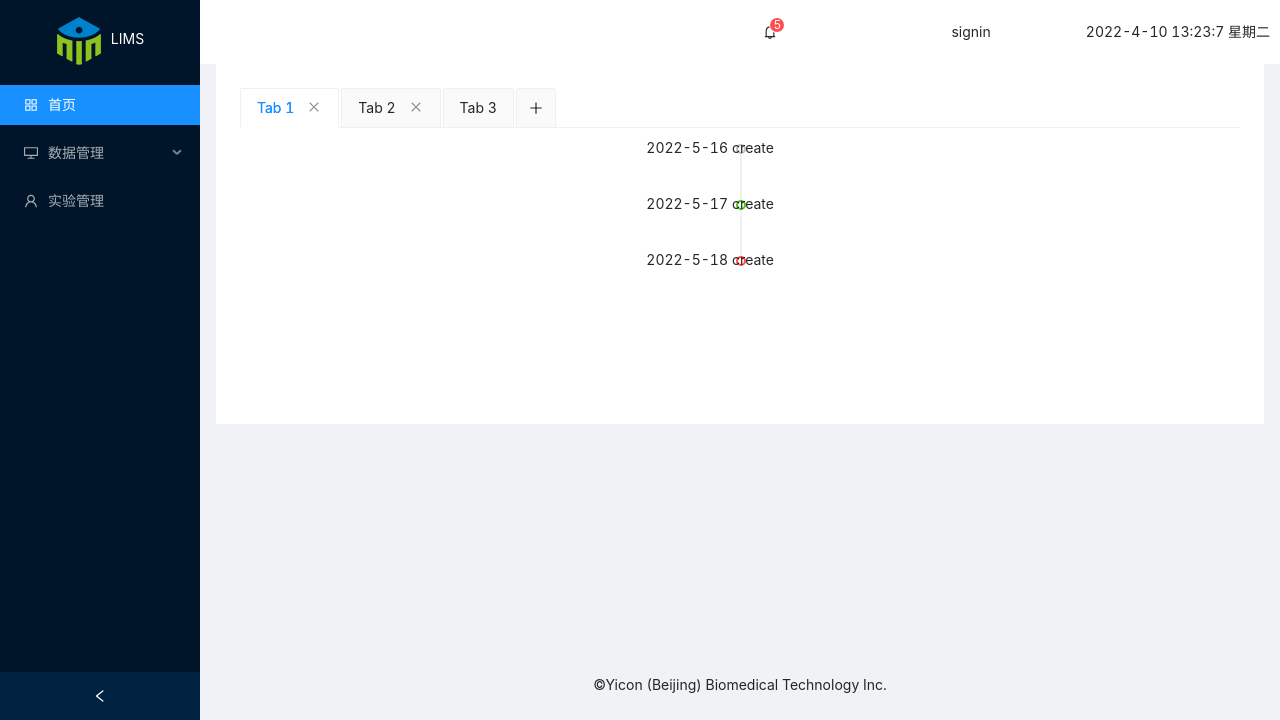
Repository: cornerdream/lims
Page: /experiment
The author's editor kept a copy of each file at every save. The page is drawn from the files as they stood at one save, then again after the next save.
The browser window is 1280 px wide. The pictures show the whole page.
The project was rebuilt for these pictures with package versions that can differ from the ones it lists, and the page was loaded fresh each time. Also part of the build but not shown: src/components/core/home.js, src/components/core/signin.js, src/components/core/moreOrder.js, src/components/core/moreSample.js, src/components/core/moreReport.js, src/components/core/moreProject.js, src/components/core/moreResources.js, src/components/views/data.js and 2 more.

Above is the page before, as saved 2022-05-18 14:27:46.

### public/index.html
<!DOCTYPE html>
<html lang="en">
  <head>
    <meta charset="utf-8" />
    <link rel="icon" href="%PUBLIC_URL%/favicon.ico" />
    <meta name="viewport" content="width=device-width, initial-scale=1" />
    <meta name="theme-color" content="#000000" />
    <meta
      name="description"
      content="Web site created using create-react-app"
    />
    <link rel="apple-touch-icon" href="%PUBLIC_URL%/logo192.png" />
    <!--
      manifest.json provides metadata used when your web app is installed on a
      user's mobile device or desktop. See https://developers.google.com/web/fundamentals/web-app-manifest/
    -->
    <link rel="manifest" href="%PUBLIC_URL%/manifest.json" />
    <!--
      Notice the use of %PUBLIC_URL% in the tags above.
      It will be replaced with the URL of the `public` folder during the build.
      Only files inside the `public` folder can be referenced from the HTML.

      Unlike "/favicon.ico" or "favicon.ico", "%PUBLIC_URL%/favicon.ico" will
      work correctly both with client-side routing and a non-root public URL.
      Learn how to configure a non-root public URL by running `npm run build`.
    -->
    <!-- <link rel="stylesheet" href="https://cdnjs.cloudflare.com/ajax/libs/antd/4.20.2/antd.min.css" /> -->
    <title>React App</title>
  </head>
  <body>
    <noscript>You need to enable JavaScript to run this app.</noscript>
    <div id="root"></div>
    <!--
      This HTML file is a template.
      If you open it directly in the browser, you will see an empty page.

      You can add webfonts, meta tags, or analytics to this file.
      The build step will place the bundled scripts into the <body> tag.

      To begin the development, run `npm start` or `yarn start`.
      To create a production bundle, use `npm run build` or `yarn build`.
    -->
  </body>
</html>

### src/index.js
import React from 'react';
import ReactDOM from 'react-dom/client';


import App from './App';
import reportWebVitals from './reportWebVitals';

import 'antd/dist/antd.css';
import './index.css';

// import ReactDOM from "react-dom"
import {BrowserRouter} from 'react-router-dom'
import MyLayout from './components/core/layout';
import PathRoute from './router';
const root = ReactDOM.createRoot(document.getElementById('root'));
root.render(
  <React.StrictMode>
    <App />

    {/* <PathRoute /> */}
    {/* <Layout>
        <PathRoute />
      </Layout> */}
  </React.StrictMode>
);
// ReactDOM.render(
//   <MyLayout>
//     <PathRoute />
//   </MyLayout>,
//   document.getElementById('root')
// )
// If you want to start measuring performance in your app, pass a function
// to log results (for example: reportWebVitals(console.log))
// or send to an analytics endpoint. Learn more: https://bit.ly/CRA-vitals
// reportWebVitals();

### src/App.js
// import logo from './logo.svg';
import './App.css';
import MyLayout from './components/core/layout'
import PathRoute from './router';

import { Provider } from "react-redux";
import store from './store';

function App() {
  return (
    <Provider store={store}>
    <div className="App">
      {/* <header className="App-header">
        <img src={logo} className="App-logo" alt="logo" />
        <p>
          Edit <code>src/App.js</code> and save to reload.
        </p>
        <a
          className="App-link"
          href="https://reactjs.org"
          target="_blank"
          rel="noopener noreferrer"
        >
          Learn React
        </a>
      </header> */}
      {/* <MyLayout> */}
        <PathRoute />
      {/* </MyLayout> */}
    </div>
    </Provider>
  );
}

export default App;

### src/index.css
body {
  margin: 0;
  font-family: -apple-system, BlinkMacSystemFont, 'Segoe UI', 'Roboto', 'Oxygen',
    'Ubuntu', 'Cantarell', 'Fira Sans', 'Droid Sans', 'Helvetica Neue',
    sans-serif;
  -webkit-font-smoothing: antialiased;
  -moz-osx-font-smoothing: grayscale;
}

code {
  font-family: source-code-pro, Menlo, Monaco, Consolas, 'Courier New',
    monospace;
}

/*  */
.ant-layout-sider-children .logo {
  /* height: 32px; */
  margin: 16px;
  /* background: rgba(255, 255, 255, 0.3); */
  color: #fff;
  line-height: 32px;
}

.site-layout .site-layout-background {
  background: #fff;
}

### src/router.js
import {HashRouter,BrowserRouter,Routes,Route } from 'react-router-dom'
import Home from './components/core/home'
import Signin from './components/core/signin'
import MoreOrder from './components/core/moreOrder'
import MoreSample from './components/core/moreSample'
import MoreReport from './components/core/moreReport'
import MoreProject from './components/core/moreProject'
import MoreResources from './components/core/moreResources'
import Data from './components/views/data'
import Sample from './components/views/sample'
import Project from './components/views/data'
import Experiment from './components/views/experiment'
import MyLayout from './components/core/layout'
import {WrapComps} from './components/helper/wrap'

const PathRoute=()=>{
    return (
        <BrowserRouter>
            {/* 拥有路由需要包裹在BrowserRouter里 */}
            <MyLayout>
            <Routes>
                {/* 将navigate传递，得到路由跳转 */}
                <Route path="/" element={<WrapComps el={Home} />} exact></Route>
                <Route path="/signin" element={<Signin/>}></Route>
                <Route path="/more/order" element={<WrapComps el={MoreOrder}/>}></Route>
                <Route path="/more/sample" element={<MoreSample/>}></Route>
                <Route path="/more/report" element={<MoreReport/>}></Route>
                <Route path="/more/project" element={<MoreProject/>}></Route>
                <Route path="/more/resources" element={<MoreResources/>}></Route>
                <Route path="/data" element={<Data/>}></Route>
                <Route path="/sample" element={<Sample/>}></Route>
                <Route path="/project" element={<Project/>}></Route>
                <Route path="/experiment" element={<Experiment/>}></Route>
            </Routes>
            </MyLayout>
        </BrowserRouter>
    )

}

export default PathRoute

### src/store/index.js
// import {configureStore} from '@reduxjs/toolkit'
import {legacy_createStore as createStore} from 'redux'

// import { authReducer } from './reducers/auth.reducers'
import createRootReducer from './reducers/index'


const store = createStore(createRootReducer())

export default store

### src/components/helper/wrap.js
import { useNavigate, useParams,useLocation} from "react-router-dom";

const WrapComps = (props)=> {
  let navigate = useNavigate();
  let params = useParams();
  let Element = props.el
  return <Element href={useLocation()} params={params} navigate={navigate} {...props} />
}

const withNavigation = (Component) => {

    return (props) => <Component {...props} navigate={useNavigate()} params={useParams()} href={useLocation()}/>;
};

export {
    WrapComps,
    withNavigation
}

### src/components/core/header.js
import React ,{Component,useState,useEffect}from 'react';
import {BellOutlined} from '@ant-design/icons';
import { Layout,Row,Col,Badge,Button} from 'antd';
import {useNavigate} from 'react-router-dom'
import store from '../../store';
import {withNavigation} from '../helper/wrap'
const { Header} = Layout;
// const MyHeader=()=>{
//     const {signin} = store.getState()
//     console.log(signin)
//     const navigate = useNavigate();
//     var weeks=["星期日", "星期一", "星期二", "星期三", "星期四", "星期五", "星期六"];
//     let getDate=()=>{
//         const now = new Date()
//         const date=now.getFullYear()+'-'+now.getMonth()+'-'+now.getDate()+' '+now.getHours()+':'+now.getMinutes()+':'+now.getSeconds()+' '+weeks[now.getDay()]
//         return date
//     }
//     let date = getDate()
//     const [username] = useState('')
//     const [time,setTime] = useState(date)
//     useEffect(()=>{
//         const timer=setInterval(()=>{
//             let date = getDate()
//             setTime(date)
//         },1000)
//         return () => clearInterval(timer);
//     })


//     let onSignin=()=>{
//         console.log(navigate)
//         navigate(`/signin`, { replace: true })
//     }
//     return (
//         <Header
//         className="site-layout-background"
//         style={{
//             padding: '0 10px',
//         }}
//         >
//             <Row>
//                 <Col flex={3}></Col>
//                 <Col flex={1}>
//                 <Badge size="small" count={5}>
//                     <BellOutlined />
//                 </Badge>
//                 </Col>
//                 <Col flex={1}>
//                 { username?<p>欢迎您，{username}</p>:<Button type='text' onClick={onSignin}>signin</Button>}
//                 </Col>
//                 {username&&<Col flex={1}></Col>}
//                 {time}
//             </Row>
//         </Header>
//     )

// }
class MyHeader extends Component{
    state = {
        ...store.getState(),
        collapsed: false,
        username:'',
        time:'',
        timer:null,
        weeks:["星期日", "星期一", "星期二", "星期三", "星期四", "星期五", "星期六"],
      };
    getDate=()=>{
        let {weeks} = this.state
        const now = new Date()
        const date=now.getFullYear()+'-'+now.getMonth()+'-'+now.getDate()+' '+now.getHours()+':'+now.getMinutes()+':'+now.getSeconds()+' '+weeks[now.getDay()]
        return date
    }
    onSignin=()=>{
        this.props.navigate(`/signin`, { replace: true })
    }
    componentDidMount(){
        console.log(this)
        this.getDate()
        this.timer = setInterval(() => {
            let date = this.getDate()
            this.setState({
                time: date
            })
        }, 1000);
    }
    componentWillUnmount() {
        if (this.timer != null) {
            clearInterval(this.timer);
        }
    }
    render(){
        let {time,username} = this.state
        return (

            <Header
            className="site-layout-background"
            style={{
                padding: '0 10px',
            }}
            >
                <Row>
                    <Col flex={3}></Col>
                    <Col flex={1}>
                    <Badge size="small" count={5}>
                        <BellOutlined />
                    </Badge>
                    </Col>
                    <Col flex={1}>
                    { username?<p>欢迎您，{username}</p>:<Button type='text' onClick={this.onSignin}>signin</Button>}
                    </Col>
                    {username&&<Col flex={1}></Col>}
                    {time}
                </Row>
            </Header>

        )
    }

}
export default withNavigation(MyHeader)

### src/components/views/experiment.js
import React ,{Component} from 'react'
import { Tabs } from 'antd';
import Time from '../core/timeline';
const { TabPane } = Tabs;

const initialPanes = [
  { title: 'Tab 1', content: 'Content of Tab 1', key: '1' },
  { title: 'Tab 2', content: 'Content of Tab 2', key: '2' },
  {
    title: 'Tab 3',
    content: 'Content of Tab 3',
    key: '3',
    closable: false,
  },
];

class Experiment extends Component {
  newTabIndex = 0;

  state = {
    activeKey: initialPanes[0].key,
    panes: initialPanes,
  };

  onChange = activeKey => {
    this.setState({ activeKey });
  };

  onEdit = (targetKey, action) => {
    this[action](targetKey);
  };

  add = () => {
    const { panes } = this.state;
    const activeKey = `newTab${this.newTabIndex++}`;
    const newPanes = [...panes];
    newPanes.push({ title: 'New Tab', content: 'Content of new Tab', key: activeKey });
    this.setState({
      panes: newPanes,
      activeKey,
    });
  };

  remove = targetKey => {
    const { panes, activeKey } = this.state;
    let newActiveKey = activeKey;
    let lastIndex;
    panes.forEach((pane, i) => {
      if (pane.key === targetKey) {
        lastIndex = i - 1;
      }
    });
    const newPanes = panes.filter(pane => pane.key !== targetKey);
    if (newPanes.length && newActiveKey === targetKey) {
      if (lastIndex >= 0) {
        newActiveKey = newPanes[lastIndex].key;
      } else {
        newActiveKey = newPanes[0].key;
      }
    }
    this.setState({
      panes: newPanes,
      activeKey: newActiveKey,
    });
  };

  render() {
    const { panes, activeKey } = this.state;
    return (
      <Tabs
        type="editable-card"
        onChange={this.onChange}
        activeKey={activeKey}
        onEdit={this.onEdit}
      >
        {panes.map(pane => (
          <TabPane tab={pane.title} key={pane.key} closable={pane.closable}>
            {pane.key==1?<Time></Time>:pane.content}
          </TabPane>
        ))}
      </Tabs>
    );
  }
}

export default Experiment;

### src/store/reducers/index.js
import {authReducer} from './auth.reducers'
import { combineReducers } from "redux"

const createRootReducer = () =>
  combineReducers({
    auth: authReducer
  })
export default createRootReducer

### src/components/core/timeline.js
import React ,{Component, useState} from "react";

import { Timeline } from "antd";

class Time extends Component{
    constructor(){
        super()
        this.state={
            data:[
                {
                    label:'2022-5-16',
                    color:'gray',
                    title:'create'
                },
                {
                    label:'2022-5-17',
                    color:'green',
                    title:'create'
                },
                {
                    label:'2022-5-18',
                    color:'red',
                    title:'create'
                }
            ]
        }
    }
    render(){
        const {data} =this.state
        return (
            <>
             <Timeline>
                {data.map(item=>{
                    return <Timeline.Item label={item.label} color={item.color} ><p>{item.title}</p></Timeline.Item>
                })}

             </Timeline>
            </>
        )

    }
}

export default Time

### src/store/reducers/auth.reducers.js
import {
    RESET_SIGNUP,
    SIGNIN,
    SIGNIN_SUCCESS,
    SIGNIN_FAIL
  } from "../actions/auth.actions"

  import {
    SIGNUP,
    SIGNUP_SUCCESS,
    SIGNUP_FAIL
  } from "../actions/auth.actions"





  export const authReducer=(state={
    signup: {
      loaded: false,
      success: false,
      message: ""
    },
    signin: {
      loaded: false,
      success: false,
      message: ""
    }
  },action)=> {
    switch (action.type) {
      case SIGNUP:
        return {
          ...state,
          signup: {
            loaded: false,
            success: false
          }
        }
      case SIGNUP_SUCCESS:
        return {
          ...state,
          signup: {
            loaded: true,
            success: true
          }
        }
      case SIGNUP_FAIL:
        return {
          ...state,
          signup: {
            loaded: true,
            success: false,
            message: action.message
          }
        }
      case RESET_SIGNUP:
        return {
          ...state,
          signup: {
            loaded: false,
            success: false,
            message: ""
          }
        }
      case SIGNIN:
        return {
          ...state,
          signin: {
            loaded: false,
            success: false,
            message: ""
          }
        }
      case SIGNIN_SUCCESS:
        return {
          ...state,
          signin: {
            loaded: true,
            success: true,
            message: ""
          }
        }
      case SIGNIN_FAIL:
        return {
          ...state,
          signin: {
            loaded: true,
            success: false,
            message: action.message
          }
        }
      default:
        return state
    }
  }

### src/store/actions/auth.actions.js
/**
 * 注册
 */
 export const SIGNUP = "SIGNUP"
 export const SIGNUP_SUCCESS = "SIGNUP_SUCCESS"
 export const SIGNUP_FAIL = "SIGNUP_FAIL"
 export const RESET_SIGNUP = "RESET_SIGNUP"

 export const signup = (payload) => ({
    type: SIGNUP,
    payload
  })

  export const signupSuccess = () => ({
    type: SIGNUP_SUCCESS
  })

  export const signupFail = (message) => ({
    type: SIGNUP_FAIL,
    message
  })

  export const resetSignup = () => ({
    type: RESET_SIGNUP
  })
/**
 * 登录
 */

 export const SIGNIN = "SIGNIN"
 export const SIGNIN_SUCCESS = "SIGNIN_SUCCESS"
 export const SIGNIN_FAIL = "SIGNIN_FAIL"



 export const signin = (payload) => ({
   type: SIGNIN,
   payload
 })

 export const signinSuccess = () => ({
   type: SIGNIN_SUCCESS
 })

 export const signinFail = (message) => ({
   type: SIGNIN_FAIL,
   message
 })

Loaded but not shown: src/reportWebVitals.js (common file); src/App.css (common file); src/components/core/layout.js (228 lines, source omitted)

After the next save:
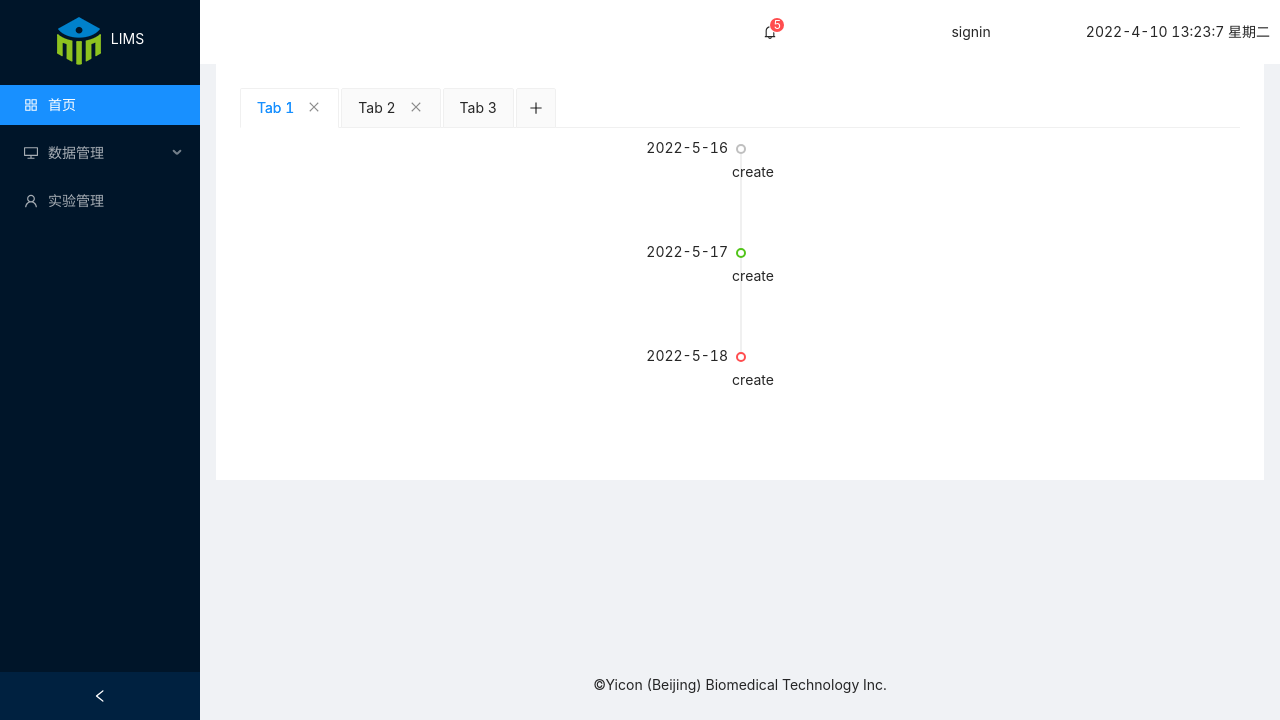
Saved 2 min 23 s later.
--- a/src/components/core/timeline.js
+++ b/src/components/core/timeline.js
@@ -31,7 +31,7 @@
             <>
              <Timeline>
                 {data.map(item=>{
-                    return <Timeline.Item label={item.label} color={item.color} ><p>{item.title}</p></Timeline.Item>
+                    return <Timeline.Item label={item.label} color={item.color} ><p style={{padding: 24}}>{item.title}</p></Timeline.Item>
                 })}
 
              </Timeline>

After the save that followed:
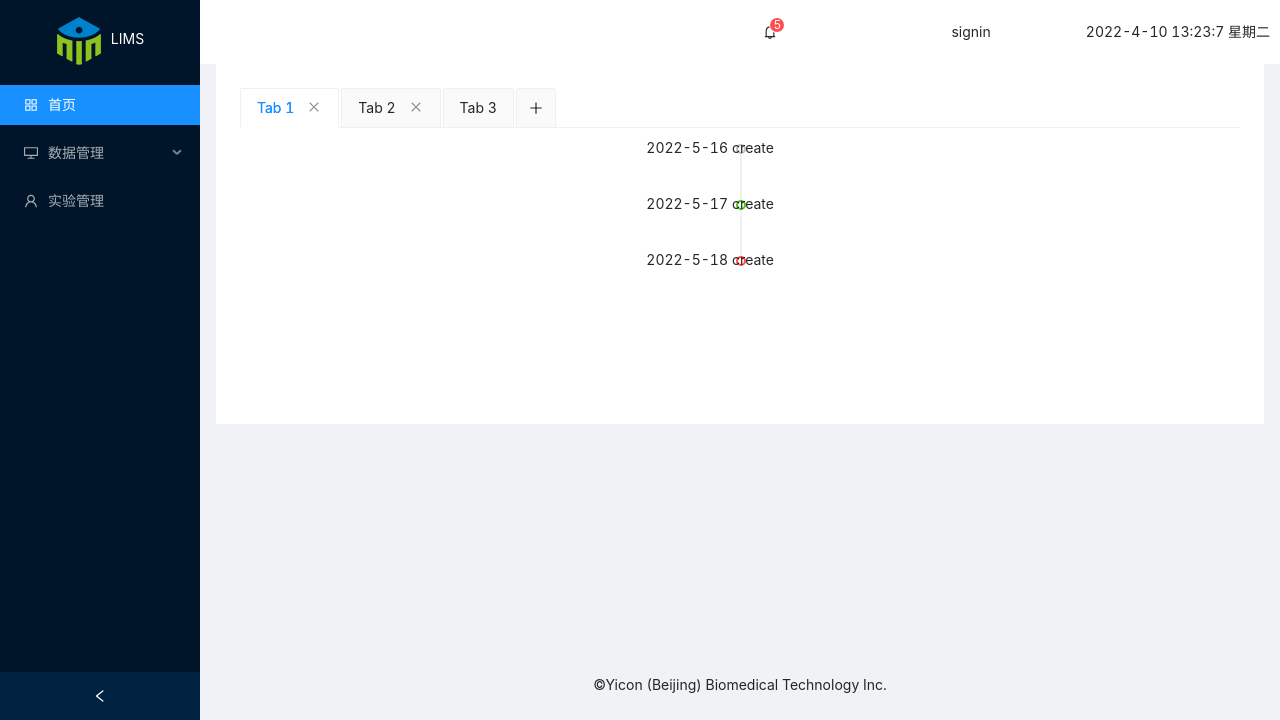
Saved 18 s later.
--- a/src/components/core/timeline.js
+++ b/src/components/core/timeline.js
@@ -31,7 +31,7 @@
             <>
              <Timeline>
                 {data.map(item=>{
-                    return <Timeline.Item label={item.label} color={item.color} ><p style={{padding: 24}}>{item.title}</p></Timeline.Item>
+                    return <Timeline.Item label={item.label} color={item.color} ><p style={{padding: '0 24px'}}>{item.title}</p></Timeline.Item>
                 })}
 
              </Timeline>
